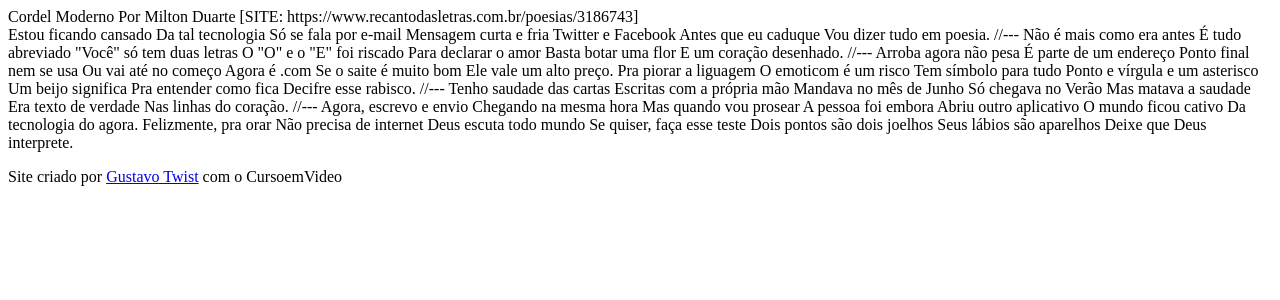
Repository: gustavotwist/projeto-cordel
Page: index.html
The author's editor kept a copy of each file at every save. The page is drawn from the files as they stood at one save, then again after the next save.
The browser window is 1280 px wide. The pictures show the whole page.

Above is the page before, as saved 2024-04-14 22:03:18.

### index.html
<!DOCTYPE html>
<html lang="pt-br">
<head>
    <meta charset="UTF-8">
    <meta name="viewport" content="width=device-width, initial-scale=1.0">
    <title>Cordel Moderno</title>
</head>
<body>
    <header>
        Cordel Moderno
        Por Milton Duarte
        [SITE: https://www.recantodasletras.com.br/poesias/3186743]
    </header>

    Estou ficando cansado
    Da tal tecnologia
    Só se fala por e-mail
    Mensagem curta e fria
    Twitter e Facebook
    Antes que eu caduque
    Vou dizer tudo em poesia.

    //---

    Não é mais como era antes
    É tudo abreviado
    "Você" só tem duas letras
    O "O" e o "E" foi riscado
    Para declarar o amor
    Basta botar uma flor
    E um coração desenhado.

    //---

    Arroba agora não pesa
    É parte de um endereço
    Ponto final nem se usa
    Ou vai até no começo
    Agora é .com
    Se o saite é muito bom
    Ele vale um alto preço.

    Pra piorar a liguagem
    O emoticom é um risco
    Tem símbolo para tudo
    Ponto e vírgula e um asterisco
    Um beijo significa
    Pra entender como fica
    Decifre esse rabisco.

    //---

    Tenho saudade das cartas
    Escritas com a própria mão
    Mandava no mês de Junho
    Só chegava no Verão
    Mas matava a saudade
    Era texto de verdade
    Nas linhas do coração.

    //---

    Agora, escrevo e envio
    Chegando na mesma hora
    Mas quando vou prosear
    A pessoa foi embora
    Abriu outro aplicativo
    O mundo ficou cativo
    Da tecnologia do agora.

    Felizmente, pra orar
    Não precisa de internet
    Deus escuta todo mundo
    Se quiser, faça esse teste
    Dois pontos são dois joelhos
    Seus lábios são aparelhos
    Deixe que Deus interprete.

    <footer>
        <p>Site criado por <a href="https://github.com/gustavotwist" target="_blank">Gustavo Twist</a> com o CursoemVideo</p>
    </footer>
</body>
</html>

After the next save:
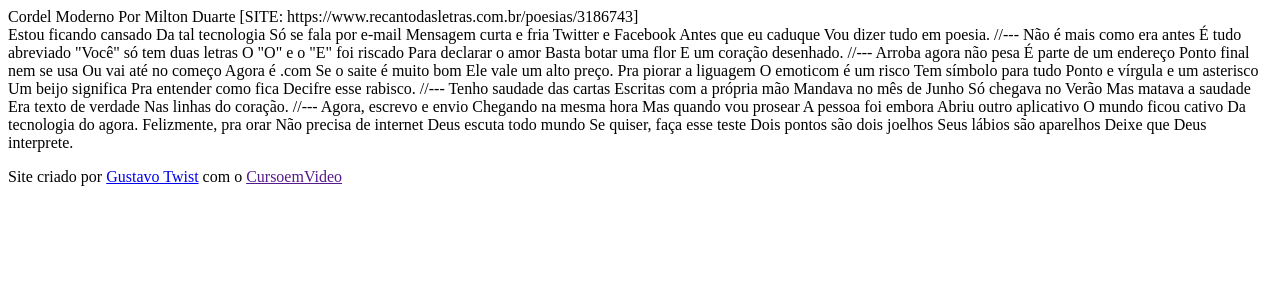
Saved 21 s later.
--- a/index.html
+++ b/index.html
@@ -77,7 +77,7 @@
     Deixe que Deus interprete.
 
     <footer>
-        <p>Site criado por <a href="https://github.com/gustavotwist" target="_blank">Gustavo Twist</a> com o CursoemVideo</p>
+        <p>Site criado por <a href="https://github.com/gustavotwist" target="_blank">Gustavo Twist</a> com o <a href="">CursoemVideo</a></p>
     </footer>
 </body>
 </html>
